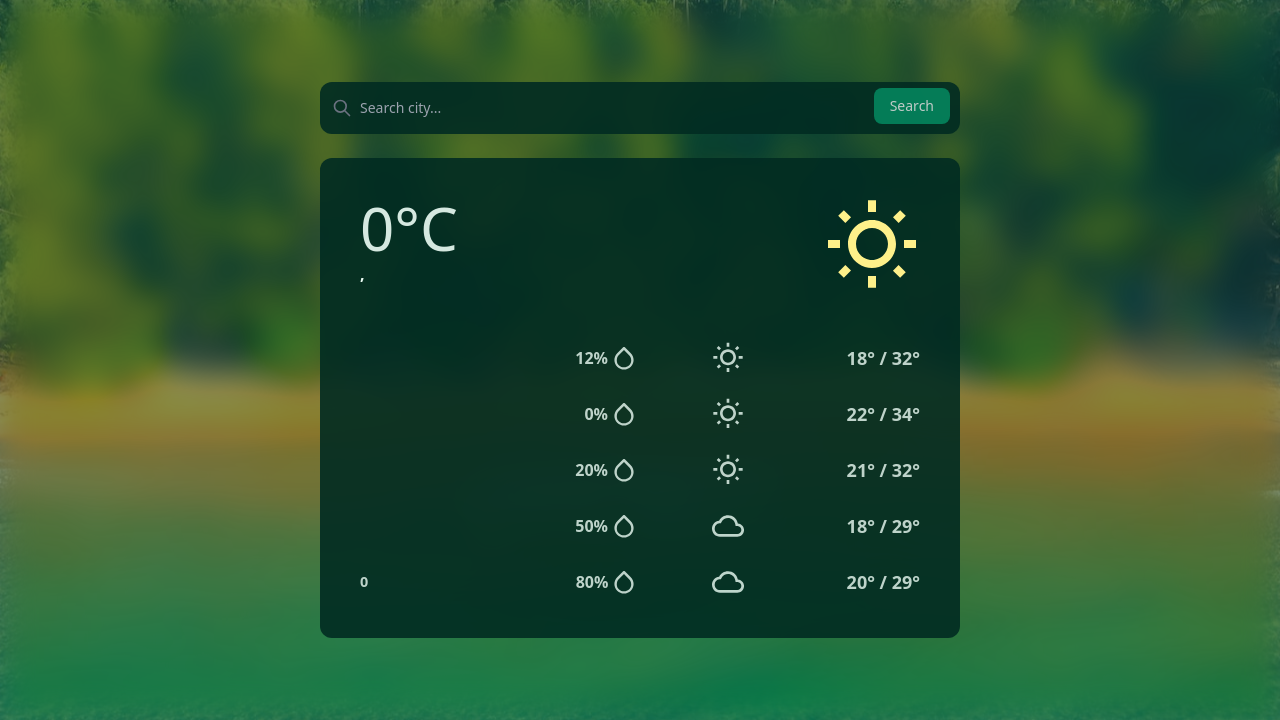
Repository: mikelCabezas/angular-exercices
Page: / (app in weather-app/)
These files come from the project's save history. The page is drawn as it stood at one moment and after the next save; the edit follows.
The browser window is 1280 px wide. The pictures show the whole page.
The project was rebuilt for these pictures with package versions that can differ from the ones it lists, and the page was loaded fresh each time. Also part of the build but not shown: weather-app/angular.json.

Above is the page before, as saved 2023-09-18 21:30:30.

After the next save:
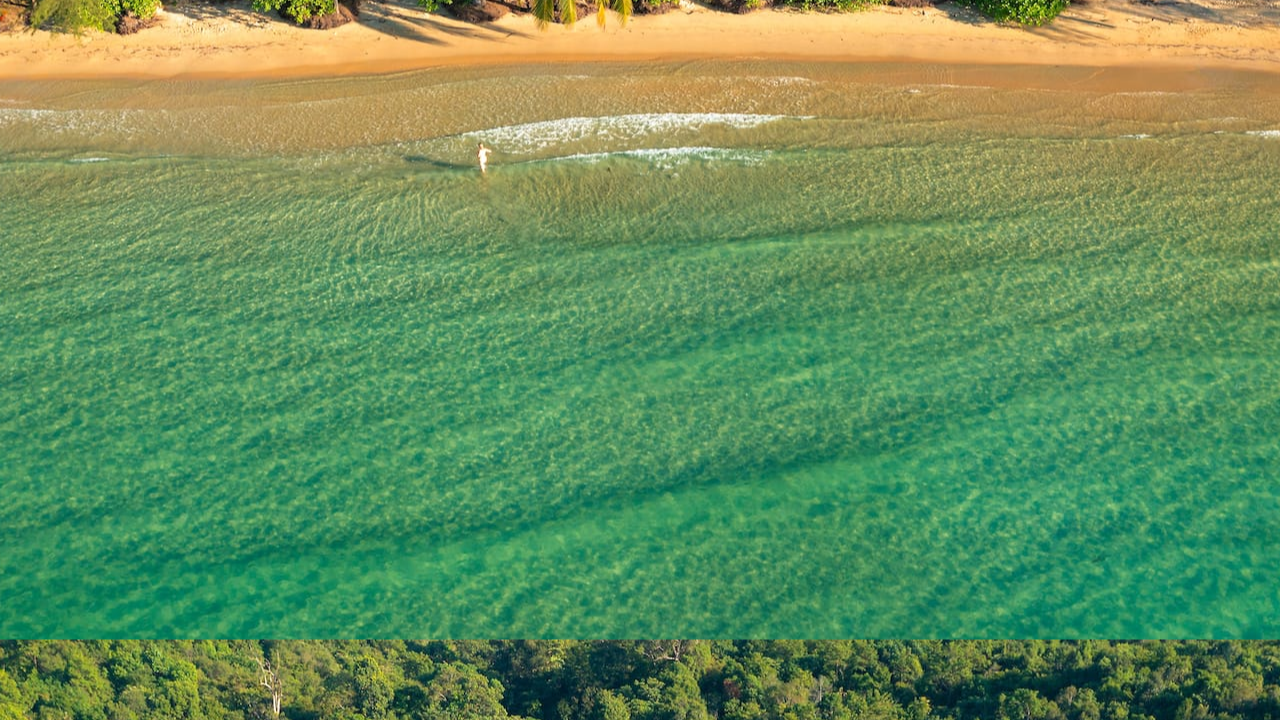
Saved 30 s later.
--- a/weather-app/src/app/components/dashboard/dashboard.component.html
+++ b/weather-app/src/app/components/dashboard/dashboard.component.html
@@ -172,7 +172,7 @@
                         {{time5h}}
                     </span>
                     <small>
-                        {{day5h}}
+                        {{dayName5h day5h}}
                     </small>
                 </div>
                 <div class="flex items-center justify-center w-1/4">

After the save that followed:
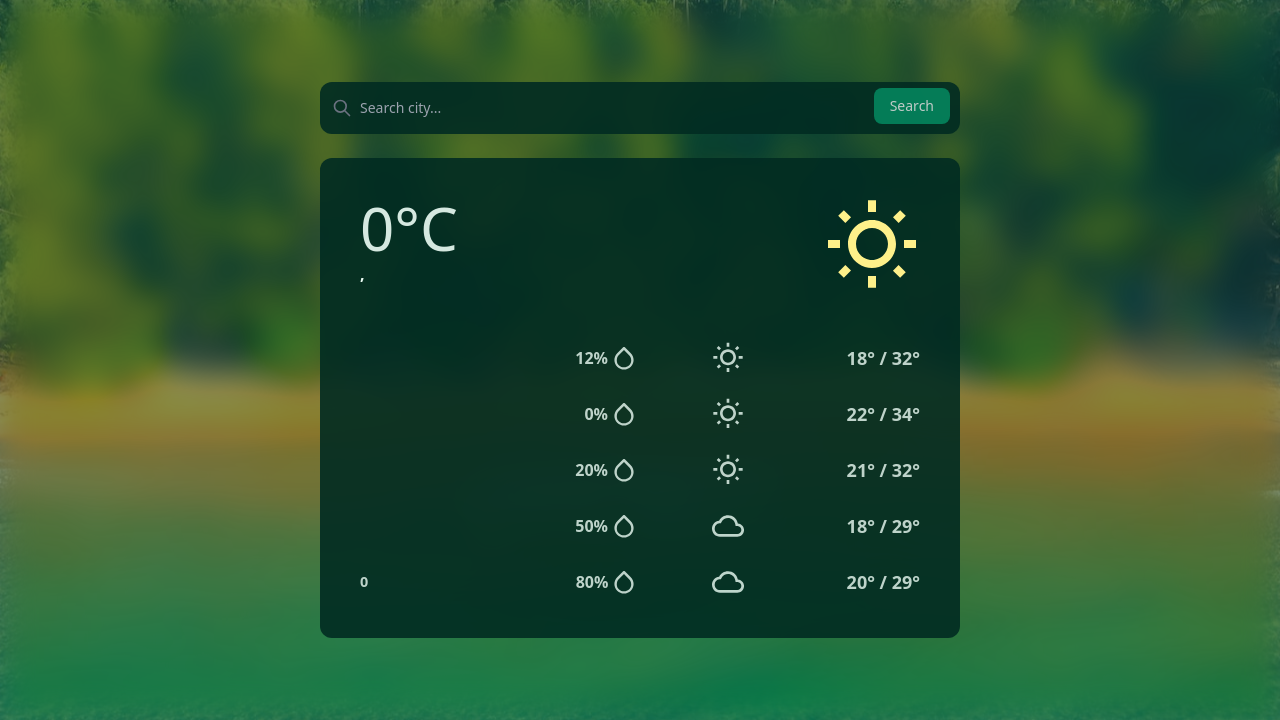
Saved 12 s later.
--- a/weather-app/src/app/components/dashboard/dashboard.component.html
+++ b/weather-app/src/app/components/dashboard/dashboard.component.html
@@ -172,7 +172,7 @@
                         {{time5h}}
                     </span>
                     <small>
-                        {{dayName5h day5h}}
+                        {{day5h}} {{dayName5h}}
                     </small>
                 </div>
                 <div class="flex items-center justify-center w-1/4">
